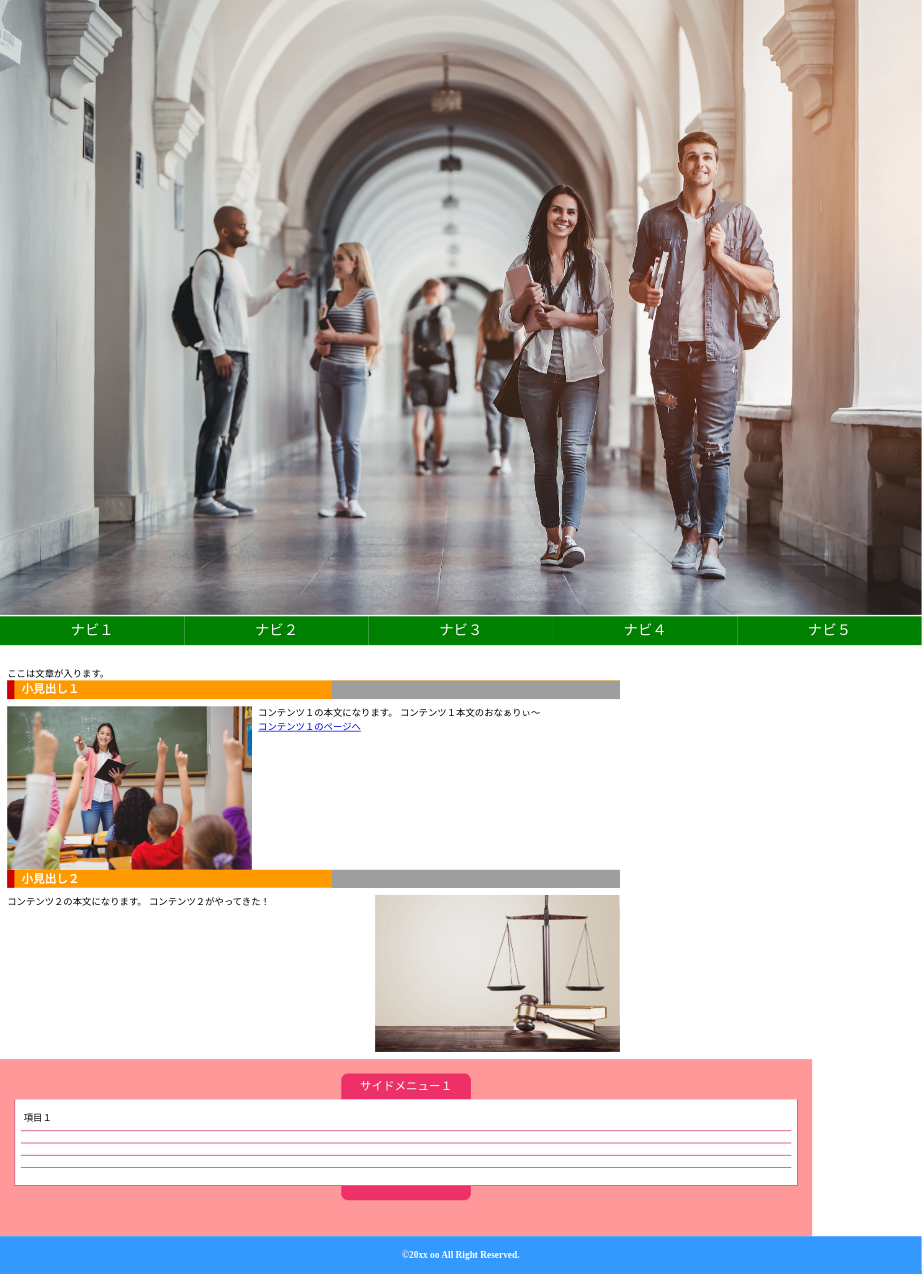
Repository: yumi3103/samurai_HTML-CSS1
Page: home.html
The author's editor kept a record of every edit. The page is drawn from the files as they stood at one moment, then again after the next edit.
The browser window is 1280 px wide. The pictures show the whole page, at 72% of full size.
Pictures or frames that could not be fetched are drawn as grey boxes.

Above is the page before.

### home.html
<!DOCTYPE html>
<html lang="ja">
<head>
    <meta charset="UTF-8">
    <title>HTML/CSSの学習</title>
    <link rel="stylesheet" href="stylesheet.css">
    </head>
<body>
    <div id="header">
        <h1><a href="index.html"><img id="corridor" src="images/corridor.jpg" alt="大学の廊下"/></a></h1>
    </div>
   <div id="wrapper">
       </div>
       <div id="nav">
           <ul>
               <li><a href="home.html">ナビ１</a></li>
               <li><a href="#">ナビ２</a></li>
               <li><a href="#">ナビ３</a></li>
               <li><a href="#">ナビ４</a></li>
               <li><a href="#">ナビ５</a></li>
           </ul>
       </div>
       <div id="container">
           <div id="main">
               <div class="post">
                   <p>ここは文章が入ります。</p>
               </div>
               <div class="post clearfix">
                   <h2>小見出し１</h2>
                   <img class="left" src="images/classroom.jpg" alt="授業風景"/>
                   <p>
                       コンテンツ１の本文になります。
                       コンテンツ１本文のおなぁりぃ～
                   </p>
                   <p><a href="#">コンテンツ１のページへ</a></p>
               </div>
               <div class="post clearfix">
                   <h2>小見出し２</h2>
                   <img class="right" src="images/scale.jpg" alt="天秤"/>
                   <p>
                       コンテンツ２の本文になります。
                       コンテンツ２がやってきた！
                   </p>
               </div>
           </div>
       </div>
       <div id="side">
           <div class="box">
               <h2>サイドメニュー１</h2>
               <div class="boxBody">
                   <ul>
                       <li>項目１</li>
                       <li></li>
                       <li></li>
                       <li></li>
                   </ul>
               </div>
           </div>
       </div>
   </div>
   <div id="footer">
       <p>&copy;20xx oo All Right Reserved.</p>
   </div>
</body>
</html>

### stylesheet.css
@charset"utf-8";

body{
    margin: 0;
    padding: 0;
    font-family: "ヒラギノ角ゴ Pro W3","Hiragino kaku Gothic Pro",
    color: #333;
    font-size: 13px;
    line-height: 150%;
}

/* ------wrapper -------*/
#wrapper{
    width: 100%;
    margin: auto;
    padding: 0px;
    border: 0px;
    background-color: #FFF;
    top: 10px;
    position: relative;
}

/* ------ header ------*/
#header{
    width: 100%
}
#header h1{
    margin: 0;
    padding: 0;
}
#corridor{
 width: 100%;
 height:auto;
}

/* ------ footer ------*/
#footer{
    clear: both;
    width: 100%;
    padding: 3px 0 3px 0;
    background:#39F;
    color: #FFF;
    font-weight: bold;
    text-align: center;
}

/* ------nav ------*/
#nav{
    width: 100%
}
#nav ul{
    display: flex;
    margin: 0;
    padding: 0;
    list-style-type: none;
}
#nav ul li{
    width: 20%;
    text-align: center;
}
#nav ul li a{
    display: block;
    height: 20px;
    margin: 0;
    padding: 10px;
    color: #FFF;
    font-size: 20px;
    text-decoration: none;
    background-color: green;
}

#nav ul li a:hover{
    filter: drop-shadow(10px 10px 10px black);
}

/* ------ container ------*/
#container{
    width: 100%;
    margin: auto;
    padding: auto;
    padding-top: 20px;
    clear: both;
   display: grid;
   grid-template-columns: 70vw 30vw;
}

/* ------ main ------*/
#main{
    width: 95%;
    padding: 10px 30px 10px 10px;
}
#main h2{
    margin: 0 0 10px 0;
    padding: 3px 10px 3px 10px;
    color: #FFF;
    font-size: 16px;
    border-left: solid 10px #C00;
    background: #F90 url(../images/main_h2.jpg) right top repeat-y;
}
#main p{
    margin: 0;
    padding: 0;
}
#main post{
    margin: 0 0 30px 0;
}
#main .post img.right{
    margin: 0 0 0 8px;
}
#main .post img.left{
    margin: 0 8px 0 0;
}
.right{
    float: right;
    width: 40%;
    height: auto;
}
.left{
    float: left;
    width: 40%;
    height: auto;
}

/* ------ clearfix ------*/
.clearfix{
    zoom:1;
}
.clearfix:after{
    content: "";
    display: block;
    clear: both;
}

/* ------ side ------*/
#side{
    width: 85%;
    padding: 20px;
    background-color: #F99;
}
#side .box{
    margin: 0 auto 30px auto;
    padding: 0 0 20px 0;
    background:url(images/side_box.png) bottom no-repeat;
}
#side .box h2{
    margin: 0;
    padding: 8px;
    text-align: center;
    color: #fff;
    font-size: 16px;
    font-weight: normal;
    background:url(images/side_box_h2.png) center no-repeat;
}
#side .box .boxBody{
    padding: 8px;
    border-right: solid 1px #C36;
    border-bottom: solid 1px #C36;
    border-left: solid 1px #C36;
    background:#fff;
}
#side .box .boxBody ul{
    margin: 0 0 16px 0;
    padding: 0;
}
#side .box .boxBody ul li{
    padding: 8px 0 8px 4px;
    list-style: none;
    border-bottom: solid 1px #C36;
}

#side .box .boxBody ul li:hover{
    padding: 8px 0 8px 4px;
    list-style: none;
    border-bottom: solid 1px #C36;
    box-shadow: 0 4px 4px rgba(0,0,0,0.3);
}

After the next edit:
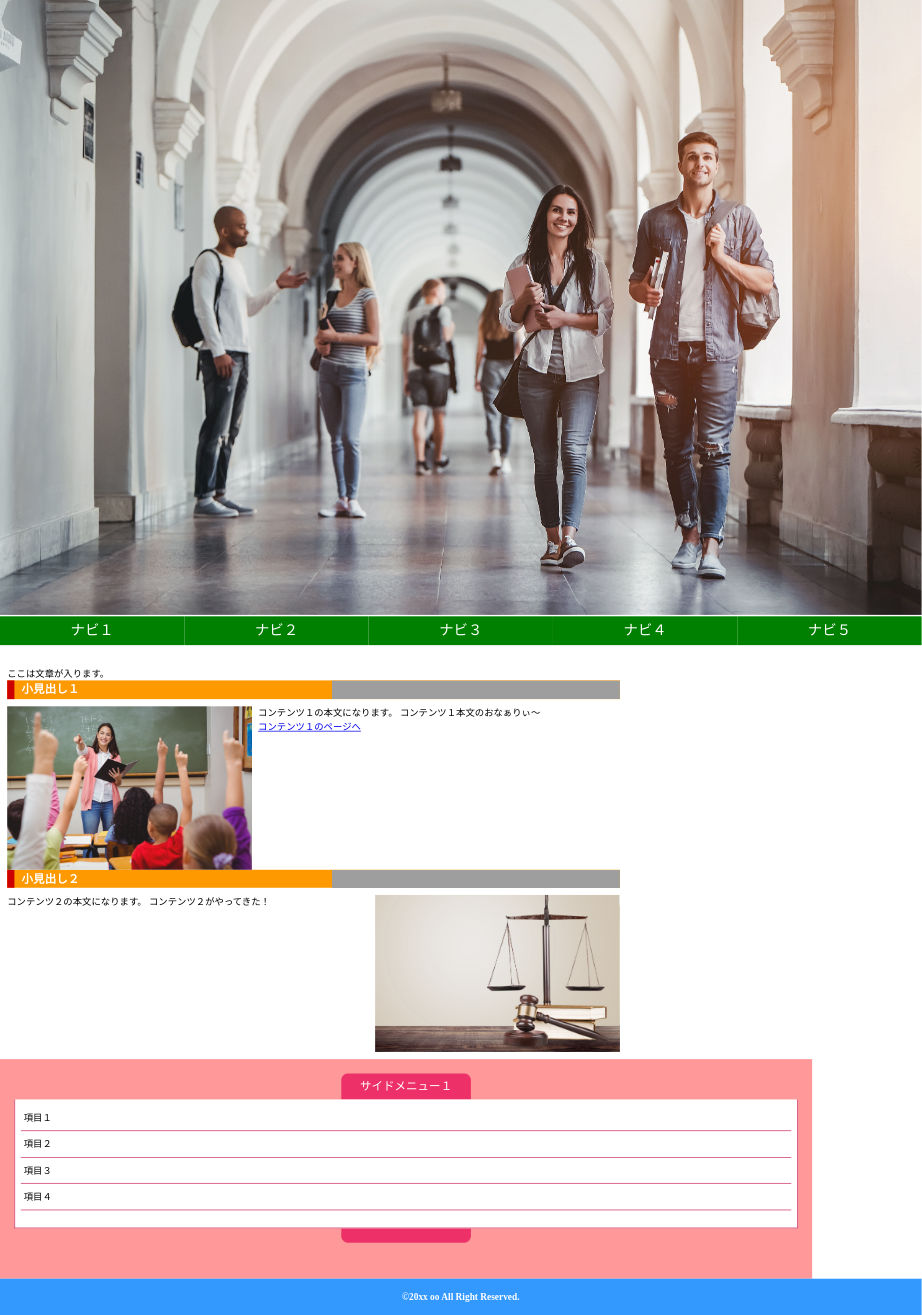
The edit:
--- a/home.html
+++ b/home.html
@@ -50,9 +50,9 @@
                <div class="boxBody">
                    <ul>
                        <li>項目１</li>
-                       <li></li>
-                       <li></li>
-                       <li></li>
+                       <li>項目２</li>
+                       <li>項目３</li>
+                       <li>項目４</li>
                    </ul>
                </div>
            </div>
